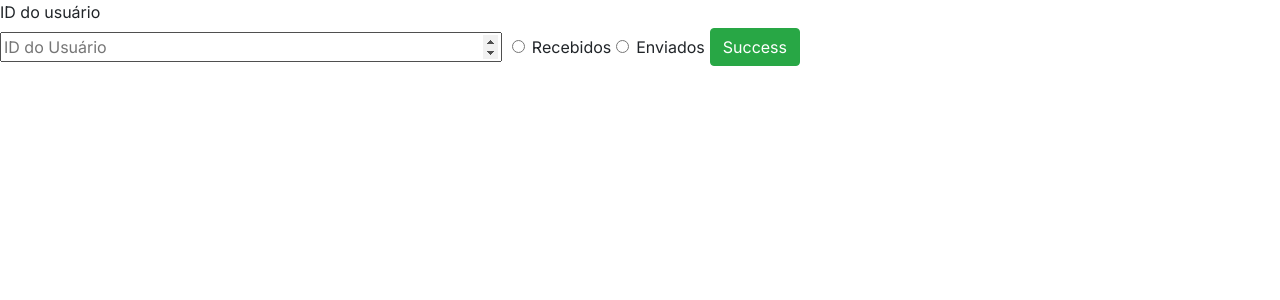
Repository: mateusilva8/tarefa-pix
Page: frontend/index.html
These files come from the project's save history. The page is drawn as it stood at one moment and after the next save; the edit follows.
The browser window is 1280 px wide. The pictures show the whole page.

Above is the page before, as saved 2023-10-21 19:32:59.

After the next save:
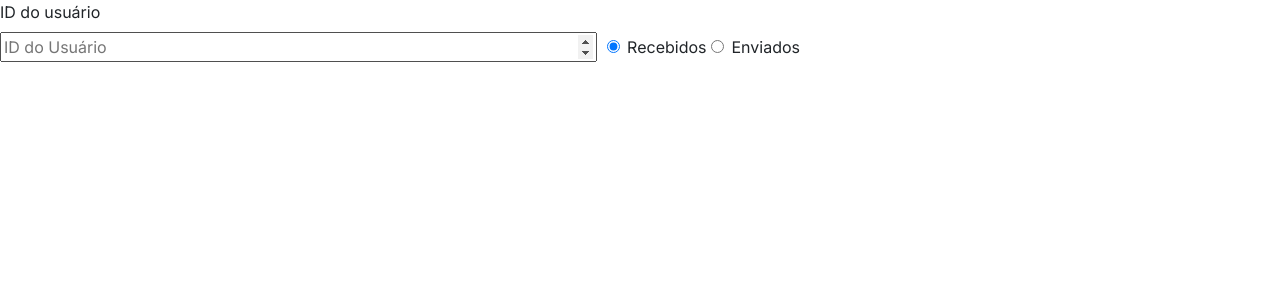
Saved 32 s later.
--- a/frontend/index.html
+++ b/frontend/index.html
@@ -17,18 +17,18 @@
       <input class="idInput" type="number" placeholder="ID do Usuário" id="id"></input>
       <div class="formulario-select">
         <div class="form-check">
-          <input class="form-check-input" type="radio" name="recebidos" id="recebidos" value="opcao1" >
-          <label class="form-check-label" for="recebidos">
+          <input class="form-check-input" type="radio" name="exampleRadios" id="exampleRadios1" value="opcao1" checked>
+          <label class="form-check-label" for="exampleRadios1">
             Recebidos
           </label>
         </div>
         <div class="form-check">
-          <input class="form-check-input" type="radio" name="enviados" id="enviados" value="opcao2">
-          <label class="form-check-label" for="enviados">
+          <input class="form-check-input" type="radio" name="exampleRadios" id="exampleRadios2" value="opcao2">
+          <label class="form-check-label" for="exampleRadios2">
             Enviados
           </label>
         </div>
-        <button type="button" class="btn btn-success">Success</button>
+
       </div>
     </div>
   </div>

After the save that followed:
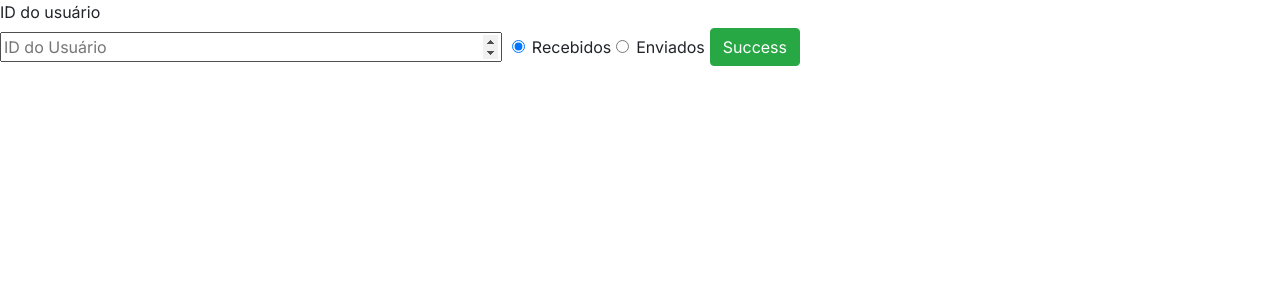
Saved 11 s later.
--- a/frontend/index.html
+++ b/frontend/index.html
@@ -28,6 +28,7 @@
             Enviados
           </label>
         </div>
+        <button type="button" class="btn btn-success">Success</button>
 
       </div>
     </div>
